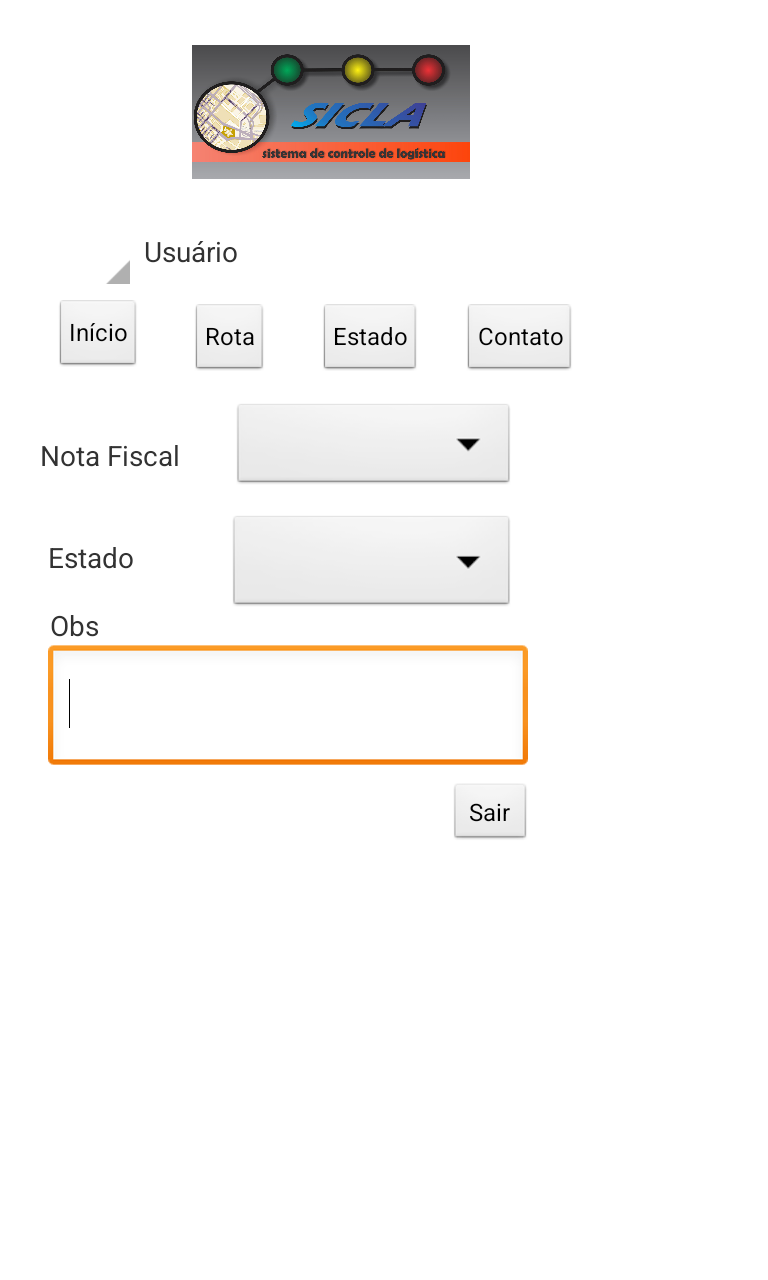
Repository: danielpedroza/SICLA
Layout: Sicla/res/layout/contatomotorista.xml
An editor plug-in stored every save of this project. The layout is shown before and after the next save, followed by the edit.
It is drawn on a 768 x 1280 px phone screen (xhdpi) without system bars, with theme AppTheme; the app's code is not run.

Above is the layout before, as saved 2013-07-06 09:20:22.

After the next save:
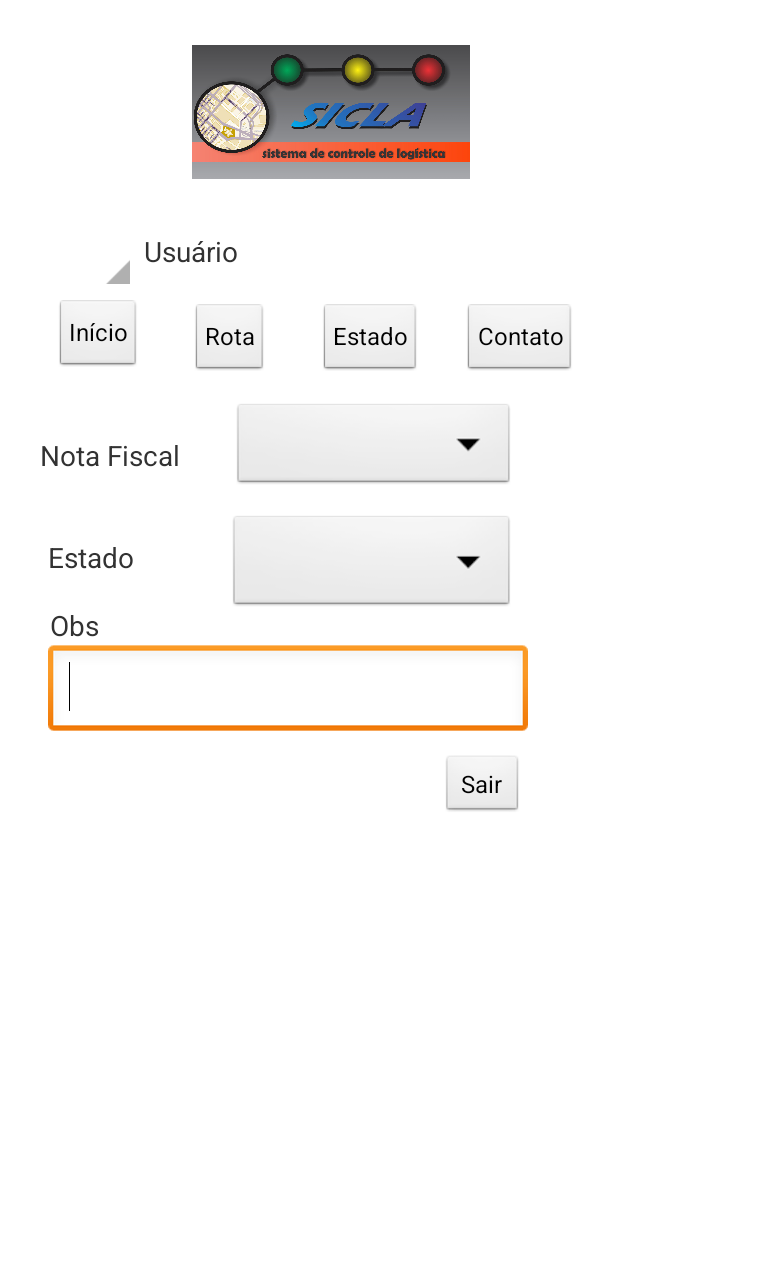
Saved 76 s later.
--- a/Sicla/res/layout/contatomotorista.xml
+++ b/Sicla/res/layout/contatomotorista.xml
@@ -79,16 +79,6 @@
             android:text="Contato"
             android:textSize="12dp" />
 
-        <Button
-            android:id="@+id/button2"
-            android:layout_width="wrap_content"
-            android:layout_height="33dp"
-            android:layout_x="208dp"
-            android:layout_y="375dp"
-            android:onClick="loginmotorista"
-            android:text="Sair"
-            android:textSize="12dp" />
-
         <Spinner
             android:id="@+id/spinner1"
             android:layout_width="142dp"
@@ -114,7 +104,7 @@
         <EditText
             android:id="@+id/editText1"
             android:layout_width="240dp"
-            android:layout_height="65dp"
+            android:layout_height="wrap_content"
             android:layout_x="8dp"
             android:layout_y="306dp"
             android:ems="10"
@@ -139,6 +129,16 @@
             android:layout_y="287dp"
             android:text="Obs" />
 
+        <Button
+            android:id="@+id/button2"
+            android:layout_width="wrap_content"
+            android:layout_height="33dp"
+            android:layout_x="204dp"
+            android:layout_y="361dp"
+            android:onClick="loginmotorista"
+            android:text="Sair"
+            android:textSize="12dp" />
+
     </AbsoluteLayout>
 
 </RelativeLayout>
